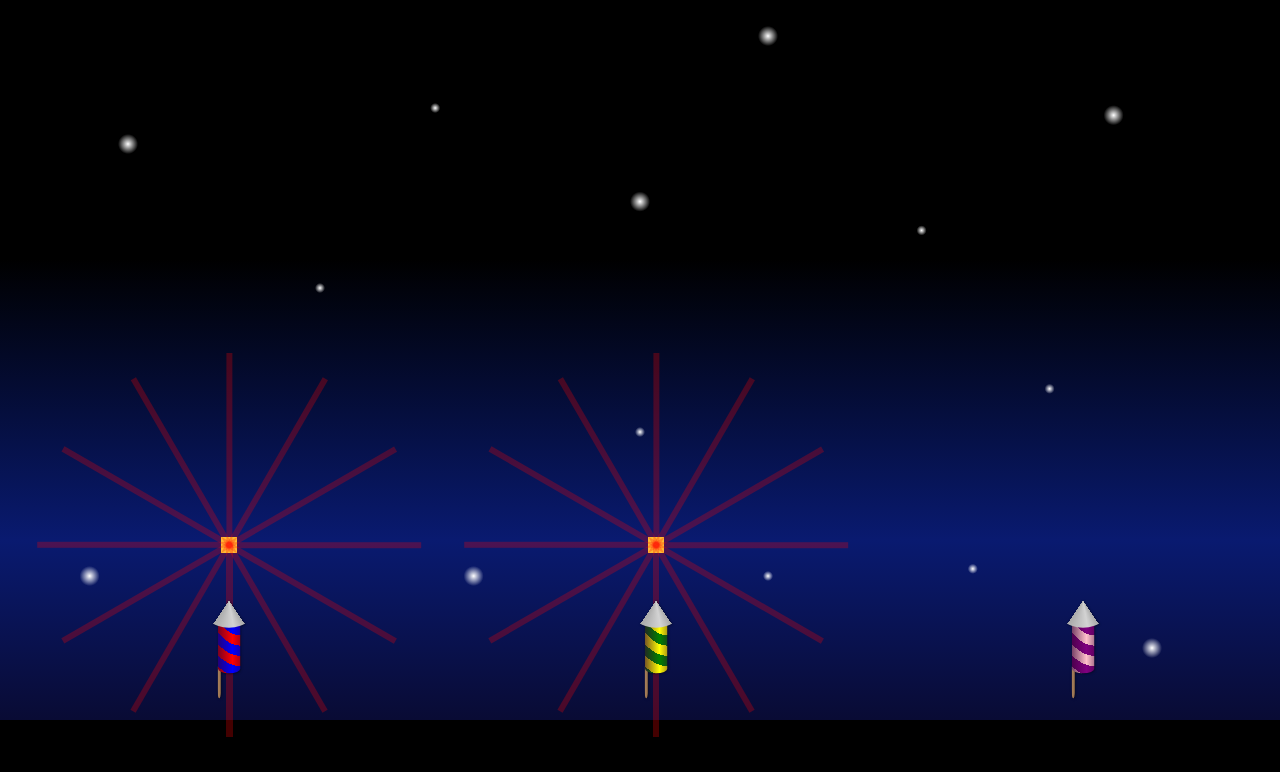
Repository: juliandecloe/CSS-To-The-Rescue---Julian-de-Cloe
Page: index.html
The author's editor kept a copy of each file at every save. The page is drawn from the files as they stood at one save, then again after the next save.
The browser window is 1280 px wide. The pictures show the whole page.

Above is the page before, as saved 2022-03-10 16:38:43.

After the next save:
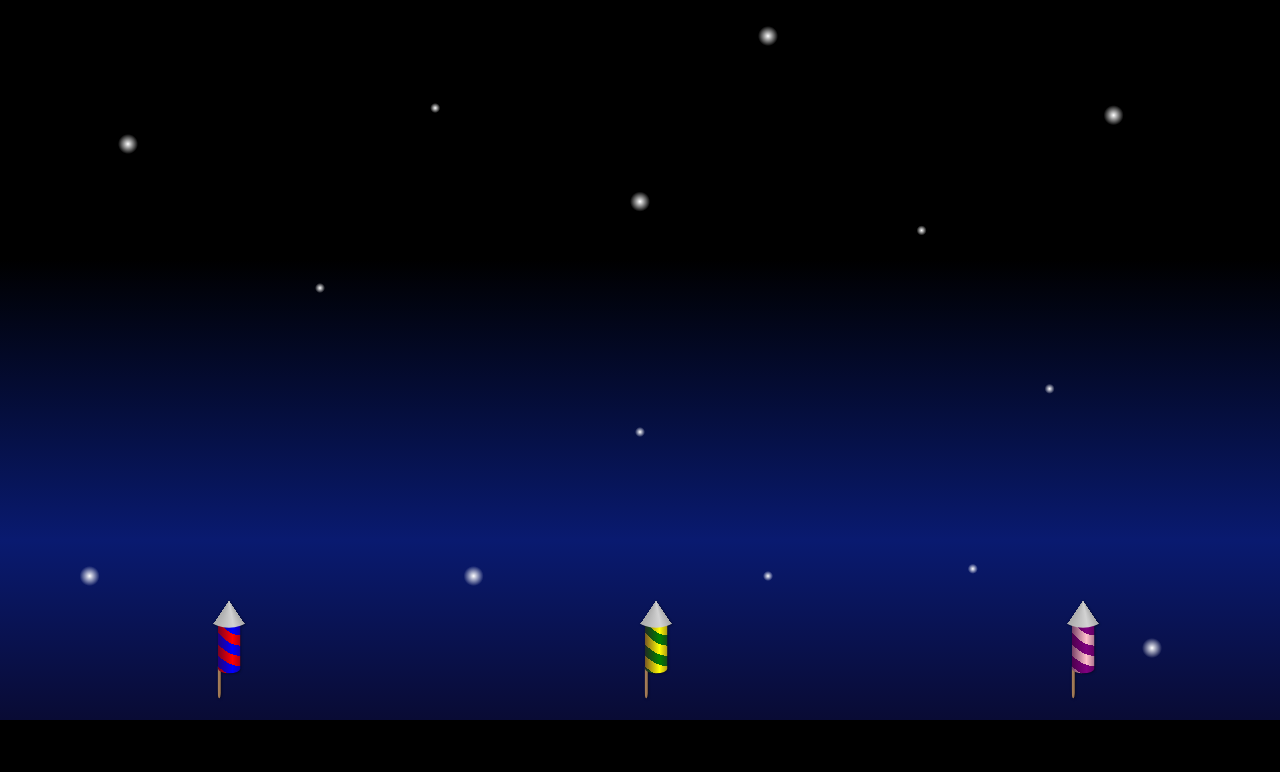
Saved 48 s later.
--- a/style.css
+++ b/style.css
@@ -320,7 +320,7 @@ section > ul {
 	height: 1rem;
 	display: grid;
 	place-items: center;
-	background-color: #ff4;
+	/* background-color: #ff4; */
 }
 
 section > ul > li {
@@ -333,7 +333,7 @@ section > ul > li {
 	transition: .3s ease-out;
 	transition-delay: 1s;
 	display: flex;
-	background-color: #f004;
+	/* background-color: #f004; */
 }
 
 section:last-child li {
@@ -346,7 +346,7 @@ section:last-child li {
 	transition: .3s ease-out;
 	transition-delay: 1s;
 	display: flex;
-	background-color: #f004;
+	/* background-color: #f004; */
 }
 
 section > ul > li::after {
